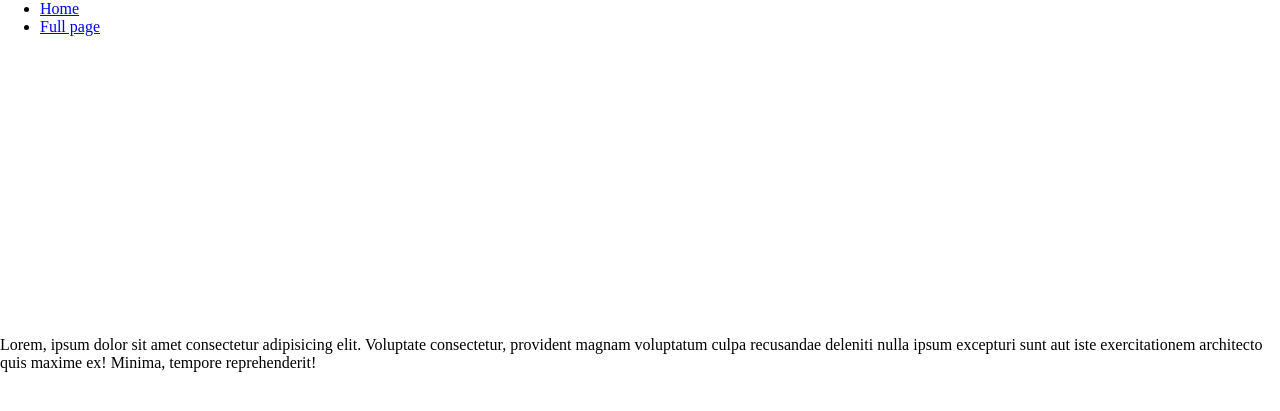
Repository: danilodscosta/CursoHTML
Page: aula1/aulascss.html
These files come from the project's save history. The page is drawn as it stood at one moment and after the next save; the edit follows.
The browser window is 1280 px wide. The pictures show the whole page.

Above is the page before, as saved 2024-01-17 17:08:54.

After the next save:
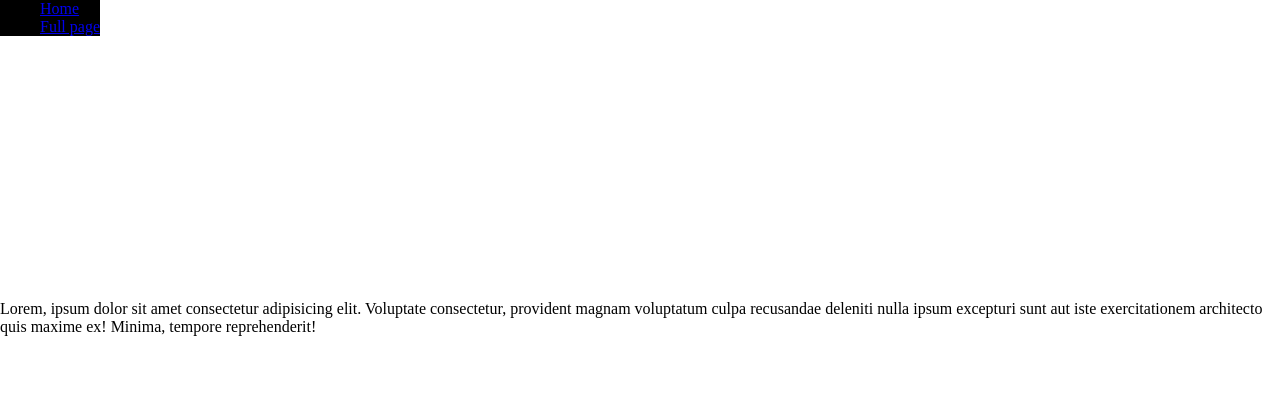
Saved 69 s later.
--- a/aula1/assets/css/aulasstyle.css
+++ b/aula1/assets/css/aulasstyle.css
@@ -25,6 +25,11 @@ ID Classes, atributos e pseudo-classes  Elementos e pseudo-elementos
     background: red;
 }
 
+.menu {
+    position: fixed;
+    background: black;
+}
+
 @media all and (max-width: 568px) {
     .grid .col {
         width: 100%;
